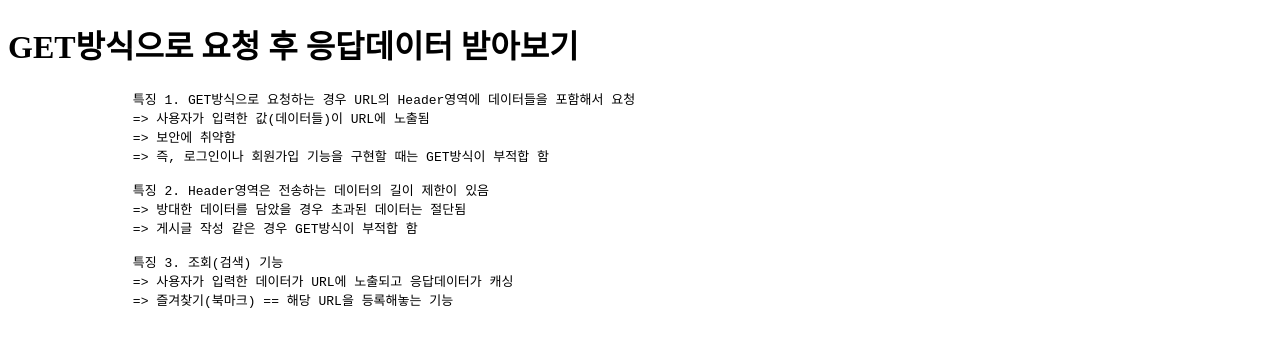
Repository: Rostreaca/0922_Web
Page: MyFirstWebProject/src/main/webapp/views/request_get.html
An editor plug-in stored every save of this project. The page is shown before and after the next save, followed by the edit.
The browser window is 1280 px wide. The pictures show the whole page.

Above is the page before, as saved 2025-09-22 07:49:02.

### MyFirstWebProject/src/main/webapp/views/request_get.html
<!DOCTYPE html>
<html>
<head>
<meta charset="UTF-8">
<title>Get 방식 요청 테스트</title>
<style>
	ul {
		list-style : none;
		line-height : 200%;
	}
</style>
</head>
<body>
	<h1>GET방식으로 요청 후 응답데이터 받아보기</h1>

	<pre>
		특징 1. GET방식으로 요청하는 경우 URL의 Header영역에 데이터들을 포함해서 요청
		=> 사용자가 입력한 값(데이터들)이 URL에 노출됨
		=> 보안에 취약함
		=> 즉, 로그인이나 회원가입 기능을 구현할 때는 GET방식이 부적합 함

		특징 2. Header영역은 전송하는 데이터의 길이 제한이 있음
		=> 방대한 데이터를 담았을 경우 초과된 데이터는 절단됨
		=> 게시글 작성 같은 경우 GET방식이 부적합 함

		특징 3. 조회(검색) 기능
		=> 사용자가 입력한 데이터가 URL에 노출되고 응답데이터가 캐싱
		=> 즐겨찾기(북마크) == 해당 URL을 등록해놓는 기능

	</pre>









</body>
</html>

After the next save:
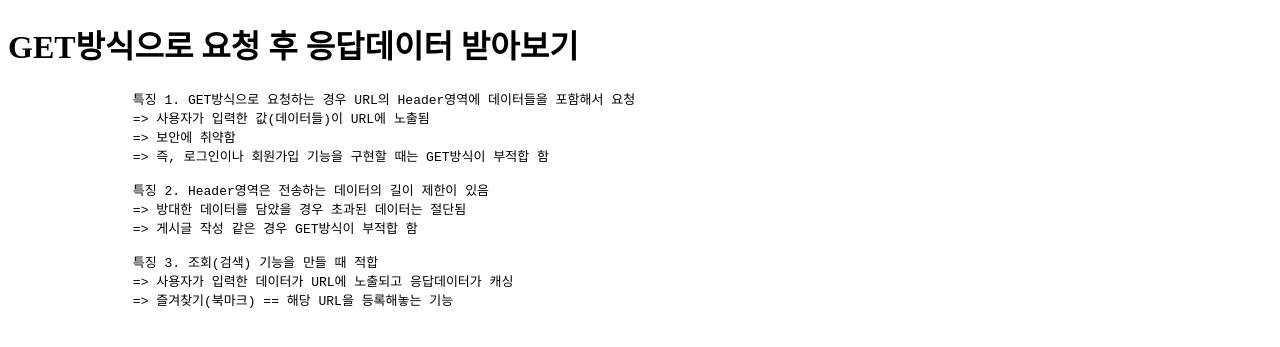
Saved 9 s later.
--- a/MyFirstWebProject/src/main/webapp/views/request_get.html
+++ b/MyFirstWebProject/src/main/webapp/views/request_get.html
@@ -23,7 +23,7 @@
 		=> 방대한 데이터를 담았을 경우 초과된 데이터는 절단됨
 		=> 게시글 작성 같은 경우 GET방식이 부적합 함
 
-		특징 3. 조회(검색) 기능
+		특징 3. 조회(검색) 기능을 만들 때 적합
 		=> 사용자가 입력한 데이터가 URL에 노출되고 응답데이터가 캐싱
 		=> 즐겨찾기(북마크) == 해당 URL을 등록해놓는 기능
 
